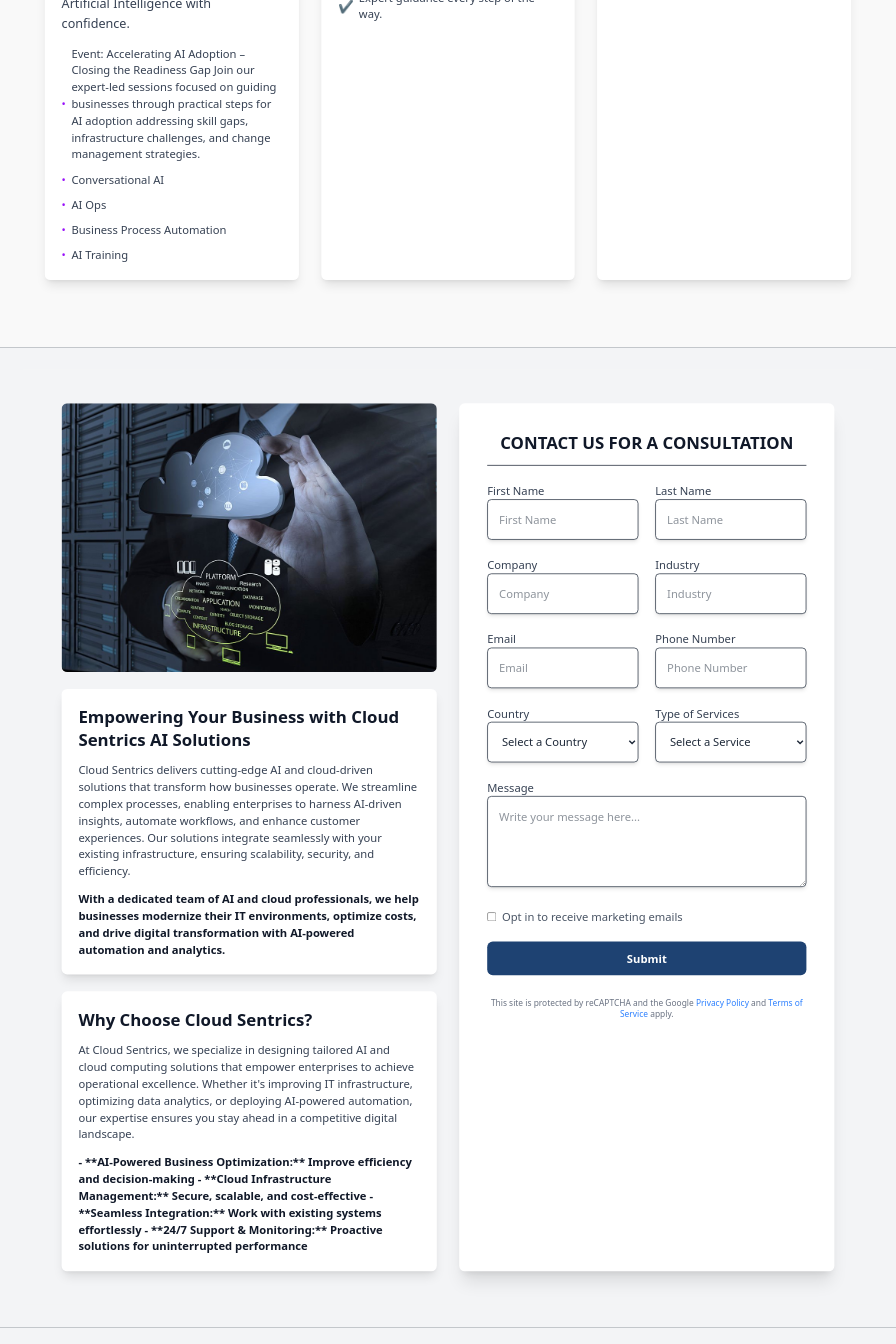
Repository: chykesure/cloudsentrics_
Page: /ai
The author's editor kept a copy of each file at every save. The page is drawn from the files as they stood at one save, then again after a run of saves.
The browser window is 1280 px wide. The pictures show the part of the page from y = 1303 to 3223 px (the page is 4136 px tall before and 4232 px after), at 70% of full size.
The page's requests for data from a server got no answer. The project was rebuilt for these pictures with package versions that can differ from the ones it lists, and the page was loaded fresh each time. No one was signed in, and anything a server would have sent is missing. Also part of the build but not shown: vite.config.js, src/pages/Header.jsx, src/pages/Footer.jsx, src/pages/students/Reviews.jsx, src/pages/students/Testimony.jsx, src/pages/students/TestimonyLanding.jsx, src/pages/LandingPage.jsx, src/pages/students/Header.jsx and 41 more.

Above is the page before, as saved 2025-04-09 20:15:41.

### src/index.css
@import "tailwindcss";

@keyframes zoomInOut {
    0% {
        transform: scale(1);
    }
    100% {
        transform: scale(1.1);
    }
}

.zoom-animation {
    animation: zoomInOut 5s infinite alternate ease-in-out;

}

### src/App.jsx
import { BrowserRouter as Router, Routes, Route } from "react-router-dom";
import LandingPage from "./pages/LandingPage";
import StudentPage from "./pages/students/StudentPage";
import AboutUs from "./pages/students/AboutUs/AboutUs";
import "./App.css";
import AWS from "./pages/students/courses/AWS";
import DevSecOps from "./pages/students/courses/DevSecOps";
import AZURE from "./pages/students/courses/AZURE";
import Blogs from "./pages/students/blogs/Blogs";
import EventsPage from "./pages/students/events/EventsPage";
import FloatsButtons from "./pages/FloatsButtons";
import PartnerPage from "./pages/partners/home/PartnerPage";
import Ai from "./pages/partners/menu/ai";
import CloudSecurity from "./pages/partners/menu/cloudsecurity";
import IOT from "./pages/partners/menu/iot";
import Technology from "./pages/partners/menu/technology";
import Workplace from "./pages/partners/menu/workplace";
import InsightMenu from "./pages/partners/main_menu/insight";
import NewsPage from "./pages/partners/main_menu/news";
import CaseStudy from "./pages/partners/main_menu/casestudy";
import AboutCloud from "./pages/partners/main_menu/aboutus";
import Careers from "./pages/partners/main_menu/careers";
import ContactUs from "./pages/partners/main_menu/contact";

function App() {
  return (
    <Router>
      <div className="flex flex-col min-h-screen">
        {/* Floating Buttons will always be visible */}
        <FloatsButtons />

        <div className="flex-grow pt-20"> {/* Adjust padding-top based on header height */}
          <Routes>

            {/* Student Section */}
            <Route path="/" element={<LandingPage />} />
            <Route path="/StudentPage" element={<StudentPage />} />
            <Route path="/about" element={<AboutUs />} />
            <Route path="/courses/AWS" element={<AWS />} />
            <Route path="/courses/Azure" element={<AZURE />} />
            <Route path="/courses/DevSecOps" element={<DevSecOps />} />
            <Route path="/blog" element={<Blogs />} />
            <Route path="/events" element={<EventsPage />} />

            {/* The Partner Section */}
            <Route path="/PartnerPage" element={<PartnerPage />} />
            <Route path="/ai" element={<Ai />} />
            <Route path="/cloud-security" element={<CloudSecurity />} />
            <Route path="/iot" element={<IOT />} />
            <Route path="/technology" element={<Technology />} />
            <Route path="/modern-workplace" element={<Workplace />} />
            <Route path="/insights" element={<InsightMenu />} />
            <Route path="/news" element={<NewsPage />} />
            <Route path="/case-studies" element={<CaseStudy />} />
            <Route path="/about-cloudsentrics" element={<AboutCloud />} />
            <Route path="/careers" element={<Careers />} />
            <Route path="/contact" element={<ContactUs />} />
          </Routes>
        </div>
      </div>
    </Router>
  );
}

export default App;

### src/pages/FloatsButtons.jsx
import { FaWhatsapp, FaArrowUp } from "react-icons/fa";
import { motion } from "framer-motion";

const FloatsButtons = () => {
    const scrollToTop = () => {
        window.scrollTo({ top: 0, behavior: "smooth" });
    };

    return (
        <>
            {/* Floating WhatsApp Button (Left) */}
            <motion.a
                href="https://wa.me/message/62QVNSESZ56FC1"
                target="_blank"
                rel="noopener noreferrer"
                className="fixed bottom-6 left-6 bg-green-500 text-white p-4 rounded-full shadow-lg flex items-center justify-center z-50"
                title="Chat with us on WhatsApp"
                animate={{ y: [0, -10, 0] }}
                transition={{ duration: 1.5, repeat: Infinity, repeatType: "reverse", ease: "easeInOut" }}
                whileHover={{ scale: 1.2 }}
            >
                <FaWhatsapp size={28} />
            </motion.a>

            {/* Floating Back to Top Button (Right) */}
            <motion.button
                onClick={scrollToTop}
                className="fixed bottom-6 right-6 bg-[#1e4272] text-white p-4 rounded-full shadow-lg flex items-center justify-center z-50"
                title="Back to Top"
                animate={{ y: [0, -10, 0] }}
                transition={{ duration: 1.5, repeat: Infinity, repeatType: "reverse", ease: "easeInOut" }}
                whileHover={{ scale: 1.2 }}
            >
                <FaArrowUp size={28} />
            </motion.button>
        </>
    );
};

export default FloatsButtons;

### src/pages/partners/menu/ai.jsx
import React from "react";
import Header from "../Header";
import { motion } from "framer-motion";
import { Link } from "react-router-dom";
import FormsPage from "./forms";
import RelatedServices from "./services";
import Footer from "../home/Footer";

const logo = "/assets/logo.jpg";
const aibg = "/assets/ai.jpg";

const Ai = () => {
    return (
        <div className="min-h-screen bg-[#0d1b2a] text-white">
            {/* Header Section */}
            <div className="flex justify-center px-6 md:px-12 py-6 bg-white shadow-lg w-full h-28 md:h-32 lg:h-40">
                <div className="flex items-center justify-between w-full max-w-[1200px] mx-auto h-full">

                    {/* Left: Logo and Branding - Fully Left-Aligned */}
                    <div className="absolute left-0 flex items-center w-auto h-full">
                        <Link to="/PartnerPage">
                            <img
                                src={logo}
                                alt="Cloudsentrics Logo"
                                className="h-20 md:h-28 lg:h-34 w-auto ml-9 transition-all duration-300"
                            />
                        </Link>
                    </div>

                    {/* Right: Navigation Menu - Centered */}
                    <motion.div
                        className="hidden md:flex flex-grow justify-center items-center space-x-6 lg:space-x-10 text-lg md:text-xl font-bold text-[#1e1e1e] tracking-wide h-full"
                        initial={{ opacity: 0, y: -10 }}
                        animate={{ opacity: 1, y: 0 }}
                        transition={{ duration: 0.6, ease: "easeOut" }}
                    >
                        {[
                            { label: "AI", path: "/ai" },
                            { label: "CLOUD & SECURITY", path: "/cloud-security" },
                            { label: "IOT", path: "/iot" },
                            { label: "MODERN WORKPLACE", path: "/modern-workplace" },
                            { label: "TECHNOLOGY", path: "/technology" }
                        ].map((item, index) => (
                            <Link key={index} to={item.path}>
                                <motion.span
                                    className="cursor-pointer transition-all duration-300 hover:text-blue-600 hover:scale-105 whitespace-nowrap"
                                    whileHover={{ scale: 1.1 }}
                                >
                                    {item.label}
                                </motion.span>
                            </Link>
                        ))}
                    </motion.div>

                </div>
            </div>



            <Header />

            {/* AI Section */}
            <section className="bg-[#f9f9f9] px-6 md:px-16 py-16 lg:py-24 grid grid-cols-1 lg:grid-cols-3 gap-12">
                {/* Left Text Content */}
                <div className="lg:col-span-2 animate__animated animate__fadeIn flex-shrink-0 space-y-6">
                    {/* Heading Section */}
                    <div className="text-center lg:text-left">
                        <h3 className="text-lg font-medium text-gray-500 uppercase tracking-wide">Artificial Intelligence</h3>
                        <h1 className="text-4xl md:text-5xl lg:text-6xl font-bold leading-tight mt-4 text-gray-800">
                            Harnessing the Power <br />  of Cloud-Integrated AI
                        </h1>
                    </div>

                    {/* Paragraph Content */}
                    <p className="text-lg text-gray-700 mt-6 leading-relaxed">
                        At Cloud Sentrics, we empower forward-thinking organizations to put Artificial Intelligence to work seamlessly integrated with cloud technologies for smarter, faster outcomes.

                        From automating critical business decisions to enabling intelligent collaboration across teams, we help you transform how work gets done. Whether it's enhancing operational efficiency, reimagining customer and employee experiences, or uncovering powerful insights from your data our AI-driven solutions are designed to accelerate innovation and unlock new business models.

                        With a deep focus on real-world impact, our comprehensive suite of cloud-native AI services ensures you gain measurable value faster, smarter, and more securely.

                        Let’s build the future of intelligent business together.
                    </p>

                    {/* Call to Action Button */}
                    <div className="flex justify-center lg:justify-start mt-8">
                        <a
                            href="#"
                            className="bg-[#1e4272] text-white text-center py-4 px-8 rounded-lg font-semibold text-lg shadow-md hover:bg-purple-800 hover:scale-105 transition duration-300 ease-in-out transform hover:translate-y-1 w-full md:w-auto"
                        >
                            Contact us to book a consultation
                        </a>
                    </div>
                </div>


                {/* Right AI Image */}
                <div className="lg:col-span-1 flex justify-center items-center flex-shrink-0">
                    <motion.img
                        src={aibg}
                        alt="AI Representation"
                        className="w-full max-w-lg rounded-lg shadow-2xl"
                        animate={{ y: [0, -10, 0] }}
                        transition={{ duration: 1.5, repeat: Infinity, ease: "easeInOut" }}
                    />
                </div>

                {/* Bottom Section */}
                <div className="lg:col-span-3 flex flex-col gap-6 w-full">

                    {/* Grid Content */}
                    <div className="grid grid-cols-1 md:grid-cols-2 lg:grid-cols-3 gap-8 mt-12 w-full">
                        {/* Aligned Services */}
                        <div className="bg-white p-6 rounded-lg shadow-lg border-gray-200 hover:scale-105 hover:shadow-xl flex-shrink-0 w-full">
                            <h4 className="text-2xl font-semibold text-gray-800">Cloud-Native AI Services Aligned for Impact</h4>
                            <p className="text-lg text-gray-700 mt-6 leading-relaxed">
                                At Cloud Sentrics, our AI-aligned services are designed to bridge the gap between innovation and readiness empowering organizations to adopt, scale, and operationalize Artificial Intelligence with confidence.
                            </p>
                            <ul className="mt-4 space-y-3 text-gray-700">
                                {[
                                    "Event: Accelerating AI Adoption – Closing the Readiness Gap Join our expert-led sessions focused on guiding businesses through practical steps for AI adoption addressing skill gaps, infrastructure challenges, and change management strategies.",
                                    "Conversational AI",
                                    "AI Ops",
                                    "Business Process Automation",
                                    "AI Training"
                                ].map((service, index) => (
                                    <li key={index} className="flex items-center space-x-2">
                                        <span className="text-purple-600">•</span>
                                        <span>{service}</span>
                                    </li>
                                ))}
                            </ul>
                        </div>

                        {/* Why Choose Us? */}
                        <div className="bg-white p-6 rounded-lg shadow-lg border-gray-200 hover:scale-105 hover:shadow-xl flex-shrink-0 w-full">
                            <h4 className="text-2xl font-semibold text-gray-800">Why Choose Us?</h4>
                            <ul className="mt-4 space-y-3 text-gray-700">
                                {[
                                    "Industry-leading AI solutions tailored for your needs.",
                                    "Seamless AI integration with your existing infrastructure.",
                                    "Proven track record of AI-driven success.",
                                    "Expert guidance every step of the way."
                                ].map((reason, index) => (
                                    <li key={index} className="flex items-center space-x-2">
                                        <span className="text-green-600 text-lg">✔</span>
                                        <span>{reason}</span>
                                    </li>
                                ))}
                            </ul>
                        </div>

                        {/* Key Benefits of AI */}
                        <div className="bg-white p-6 rounded-lg shadow-lg border-gray-200 hover:scale-105 hover:shadow-xl flex-shrink-0 w-full">
                            <h4 className="text-2xl font-semibold text-gray-800">Key Benefits of AI</h4>
                            <ul className="mt-4 space-y-3 text-gray-700">
                                {[
                                    "Improved efficiency and productivity.",
                                    "Enhanced decision-making through data insights.",
                                    "Cost savings and operational optimization.",
                                    "Scalable solutions for future growth."
                                ].map((benefit, index) => (
                                    <li key={index} className="flex items-center space-x-2">
                                        <span className="text-blue-600 text-lg">⚡</span>
                                        <span>{benefit}</span>
                                    </li>
                                ))}
                            </ul>
                        </div>
                    </div>
                </div>
            </section>

            <section className="px-4 sm:px-6 md:px-6 lg:px-8 py-8 bg-gray-100">
                <FormsPage />
            </section>

            <section className="px-4 sm:px-6 md:px-6 lg:px-8 py-8 bg-gray-100">
                <RelatedServices />
            </section>

            {/* Footer Section */}
            <section className="px-0 sm:px-0 md:px-0 lg:px-0 py-8 bg-gray-100 w-full">
                <Footer />
            </section>

        </div>
    );
};

export default Ai;

### src/pages/partners/home/Footer.jsx
import React from 'react';
import { FaLinkedin, FaXTwitter, FaInstagram } from 'react-icons/fa6';
import { Link } from 'react-router-dom';

function Footer() {
    return (
        <footer className="bg-white text-black py-6 border-t border-gray-300 text-sm w-full">
            <div className="w-full px-6 lg:px-12">
                {/* Main Footer Section */}
                <div className="flex flex-col md:flex-row justify-between items-center text-center md:text-left">
                    <h3 className="font-bold text-lg text-blue-900">Powering Cloud-Integrated Digital Transformation</h3>

                    {/* Social Icons */}
                    <div className="flex space-x-4 mt-4 md:mt-0">
                        <a href="https://www.linkedin.com/posts/cloud-sentrics_cloud-sentrics-linkedin-activity-7291379079860117505-ve54?utm_source=share&utm_medium=member_android" target="_blank" rel="noopener noreferrer" className="text-gray-600 hover:text-black">
                            <FaLinkedin size={20} />
                        </a>
                        <a href="https://x.com/CloudSentrics" target="_blank" rel="noopener noreferrer" className="text-gray-600 hover:text-black">
                            <FaXTwitter size={20} />
                        </a>
                        <a href="https://www.instagram.com/cloudsentrics/" target="_blank" rel="noopener noreferrer" className="text-gray-600 hover:text-black">
                            <FaInstagram size={20} />
                        </a>
                    </div>
                </div>

                {/* Footer Links */}
                <div className="mt-4 text-center md:text-left">
                    <p>© {new Date().getFullYear()} All rights reserved |
                        <Link to="#" className="ml-2 hover:text-blue-600">Privacy Notice</Link> |
                        <Link to="#" className="ml-2 hover:text-blue-600">Terms & Conditions</Link> |
                        <Link to="#" className="ml-2 hover:text-blue-600">Website T&Cs</Link> |
                        <Link to="#" className="ml-2 hover:text-blue-600">Cookies Policy</Link> |
                        <Link to="#" className="ml-2 hover:text-blue-600">Anti-Slavery Policy</Link> |
                        <Link to="#" className="ml-2 hover:text-blue-600">Sitemap</Link> |
                        <Link to="#" className="ml-2 hover:text-blue-600">Learn more</Link>
                    </p>
                </div>
            </div>
        </footer>
    );
}

export default Footer;

### src/pages/partners/menu/services.jsx
import React from "react";
import { motion } from "framer-motion";

const ai_trainning = "/assets/ai_trainning.jpg";
const ai_conversation = "/assets/ai_conversation.jpg";
const ai_ops = "/assets/ai_ops.jpg";
const bpa = "/assets/bpa.jpg";

const RelatedServices = () => {
    const services = [
        {
            title: "Conversational AI",
            description:
                "Boost engagement and productivity with a next generation customer experience",
            image: ai_conversation,
        },
        {
            title: "AI Ops",
            description:
                "Ensure resilience and prevent and resolve incidents with AIOps",
            image: ai_ops,
        },
        {
            title: "Business Process Automation",
            description:
                "Accelerate how work gets done and amplify digital efficiencies",
            image: bpa,
        },
        {
            title: "AI Training",
            description:
                "Discover the true business value of artificial intelligence",
            image: ai_trainning,
        },
    ];

    return (
        <section className="py-12 bg-gray-100">
            <div className="container mx-auto px-6 text-center">
                <h2 className="text-3xl font-bold text-gray-900 mb-6">
                    Related Services
                </h2>
                <div className="w-16 h-1 bg-blue-600 mx-auto mb-8"></div>
                <div className="grid grid-cols-1 md:grid-cols-2 lg:grid-cols-4 gap-8">
                    {services.map((service, index) => (
                        <motion.div
                            key={index}
                            className="relative bg-white rounded-lg shadow-lg overflow-hidden min-h-[400px]"
                            whileHover={{ scale: 1.05, y: -5 }}
                            transition={{ type: "spring", stiffness: 200, damping: 10 }}
                        >
                            <img
                                src={service.image}
                                alt={service.title}
                                className="w-full h-64 md:h-80 object-cover"
                            />
                            <div className="p-6">
                                <h3 className="text-xl font-semibold text-gray-800 mb-2">
                                    {service.title}
                                </h3>
                                <p className="text-gray-600">{service.description}</p>
                            </div>
                        </motion.div>
                    ))}
                </div>
            </div>
        </section>
    );
};

export default RelatedServices;

Loaded but not shown: index.html (common file); src/main.jsx (common file); src/pages/students/AboutUs/AboutUs.jsx (399 lines, source omitted); src/pages/partners/menu/forms.jsx (209 lines, source omitted); src/pages/partners/Header.jsx (114 lines, source omitted)

After the next 3 saves:
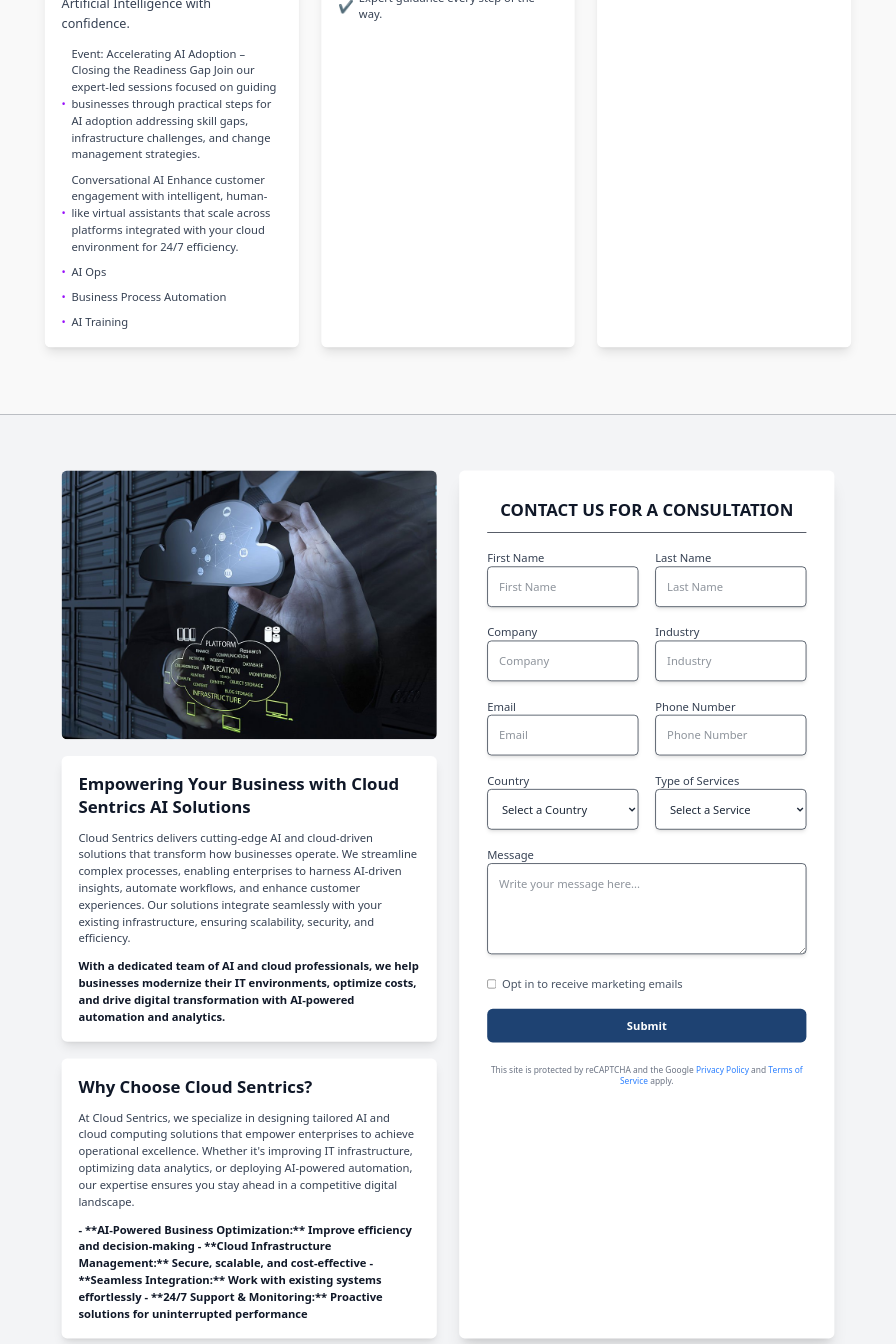
The 3 saves are shown as one change because 2 did not build or start.
The last was saved 71 s later.
--- a/src/pages/partners/menu/ai.jsx
+++ b/src/pages/partners/menu/ai.jsx
@@ -119,7 +119,7 @@
                             <ul className="mt-4 space-y-3 text-gray-700">
                                 {[
                                     "Event: Accelerating AI Adoption – Closing the Readiness Gap Join our expert-led sessions focused on guiding businesses through practical steps for AI adoption addressing skill gaps, infrastructure challenges, and change management strategies.",
-                                    "Conversational AI",
+                                    "Conversational AI Enhance customer engagement with intelligent, human-like virtual assistants that scale across platforms integrated with your cloud environment for 24/7 efficiency.",
                                     "AI Ops",
                                     "Business Process Automation",
                                     "AI Training"
